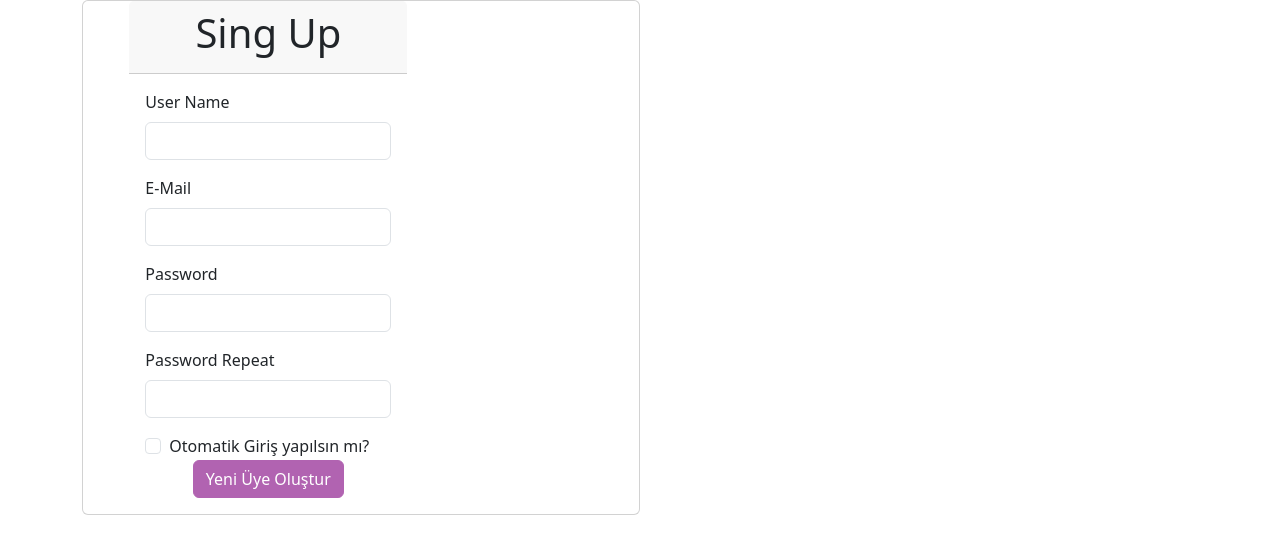
Repository: gursoyfahrettin20/startupProjectWeb
Page: /
The author's editor kept a copy of each file at every save. The page is drawn from the files as they stood at one save, then again after the next save.
The browser window is 1280 px wide. The pictures show the whole page.
The project was rebuilt for these pictures with package versions that can differ from the ones it lists, and the page was loaded fresh each time. Also part of the build but not shown: vite.config.js.

Above is the page before, as saved 2024-01-18 00:04:33.

After the next save:
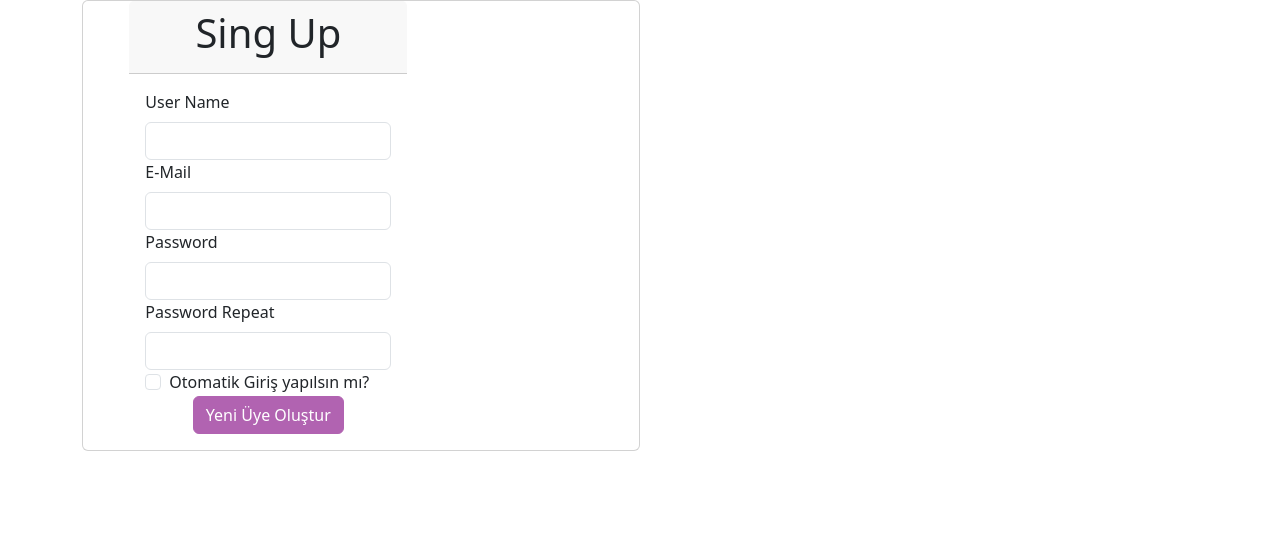
Saved 17 s later.
--- a/src/components/formItem/formItem.jsx
+++ b/src/components/formItem/formItem.jsx
@@ -3,7 +3,7 @@
 export function FormItem({ name, label, onChange, errors, type }) {
 
     return (
-        <div className='mb-3'>
+        <div className='mb-12'>
             <label className='form-label' htmlFor={name}> {label} </label>
             <input id={name} className={errors ? 'form-control is-invalid' : 'form-control'} type={type ? type : "text"} onChange={onChange} />
             <div className='invalid-feedback'>{errors}</div>

After the save that followed:
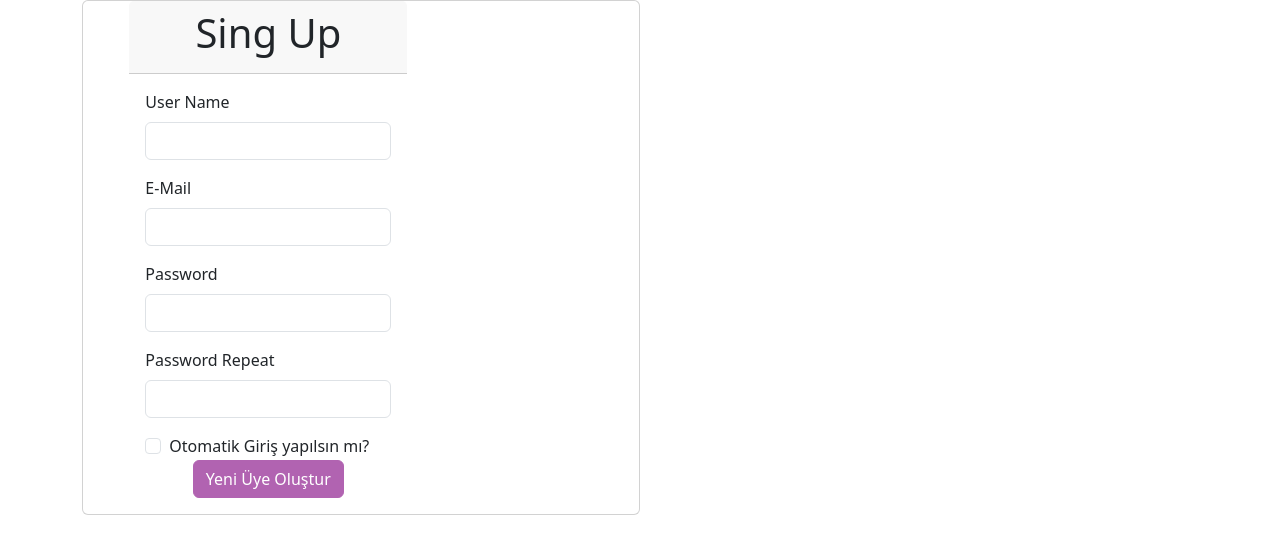
Saved 19 s later.
--- a/src/components/formItem/formItem.jsx
+++ b/src/components/formItem/formItem.jsx
@@ -3,7 +3,7 @@
 export function FormItem({ name, label, onChange, errors, type }) {
 
     return (
-        <div className='mb-12'>
+        <div className='mb-3'>
             <label className='form-label' htmlFor={name}> {label} </label>
             <input id={name} className={errors ? 'form-control is-invalid' : 'form-control'} type={type ? type : "text"} onChange={onChange} />
             <div className='invalid-feedback'>{errors}</div>
